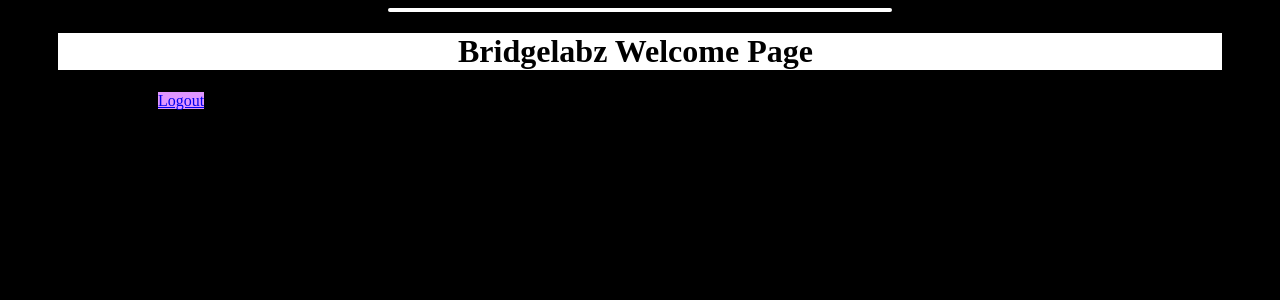
Repository: MarkFernandes11/Advanced-Java
Page: http://localhost/Login/welcome.jsp
The author's editor kept a copy of each file at every save. The page is drawn from the files as they stood at one save, then again after the next save.
The browser window is 1280 px wide. The pictures show the whole page.
The page is served by Tomcat 9. Other server files are loaded and not shown.

Above is the page before, as saved 2019-09-26 12:27:38.

### Login/WebContent/welcome.jsp
<%@ page language="java" contentType="text/html; charset=UTF-8"
    pageEncoding="UTF-8"%>
<!DOCTYPE html>
<html>
<head>
<meta charset="UTF-8">
<title>Insert title here</title>
<link rel="stylesheet" type="text/css" href="stylesheet.css">
</head>
<body>
	<form action="DisplayUserdata">

	</form>
	<header>
			<h1>Bridgelabz Welcome Page</h1>
	</header>


	<a href="login.jsp">Logout</a>
</body>
</html>

### Login/WebContent/stylesheet.css
@charset "UTF-8";

*{
	background-color: #000;
}

body{

}

form{
	border: 2px solid #fff;
	border-radius: 10px;
	background-color: #777;
	width: 500px;
	margin-left: auto;
	margin-right: auto;
	margin-bottom: 20px;
}

header{
	margin-left: auto;
	margin-right: auto;
}

h1{

	background-color: #fff;
	padding-left: 400px;
	padding-right: auto;
	margin-left: 50px;
	margin-right: 50px;
}

input {
	background-color: #1af9b7;
	margin-left: 150px;
}

span{
	background-color: #777;
	margin-right: 50px;
}

.button{
	background-color: #96f5ff;
	margin-left: 40px;
}

.buttonSub{
	background-color: #96f5ff;
	margin-left: 150px;
}

a{
	background-color: #e096ff;
	margin-left: 150px;

}

After the next save:
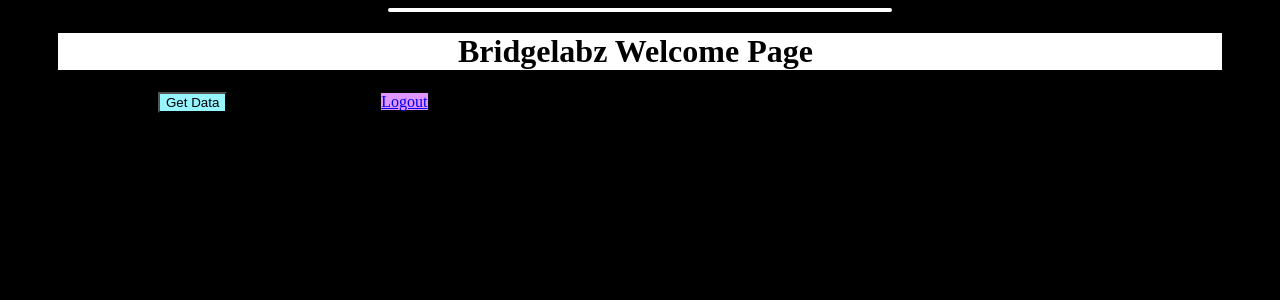
Saved 65 s later.
--- a/Login/WebContent/welcome.jsp
+++ b/Login/WebContent/welcome.jsp
@@ -15,7 +15,7 @@
 			<h1>Bridgelabz Welcome Page</h1>
 	</header>
 
-
+	<input class="buttonSub" type ="submit" value = "Get Data">
 	<a href="login.jsp">Logout</a>
 </body>
 </html>
